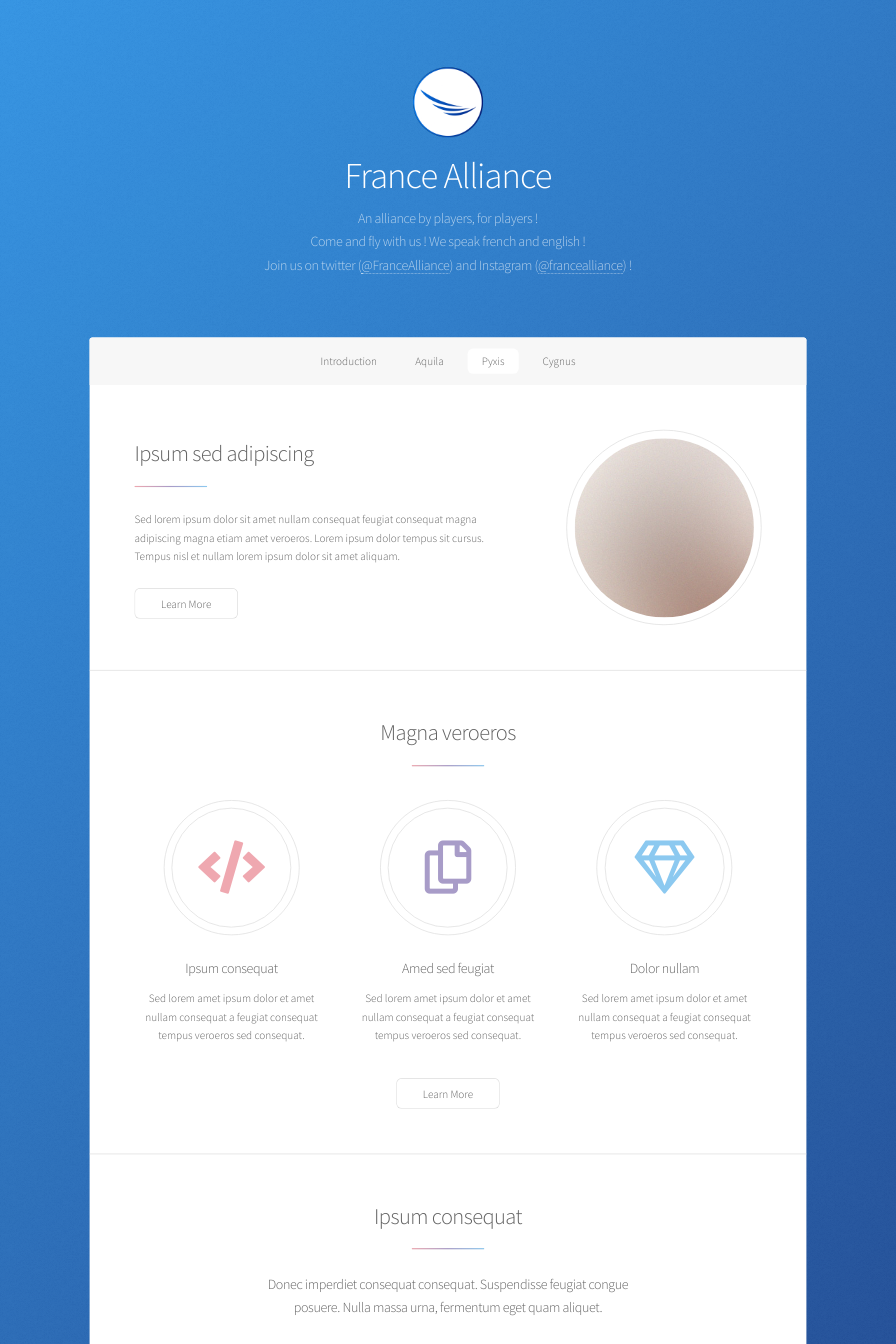
Repository: France-Alliance/France-Alliance.github.io
Page: index.html
These files come from the project's save history. The page is drawn as it stood at one moment and after the next save; the edit follows.
The browser window is 1280 px wide. The pictures show the part of the page from y = 0 to 1920 px (the page is 3326 px tall before and 3359 px after), at 70% of full size.

Above is the page before, as saved 2021-04-05 23:35:44.

After the next save:
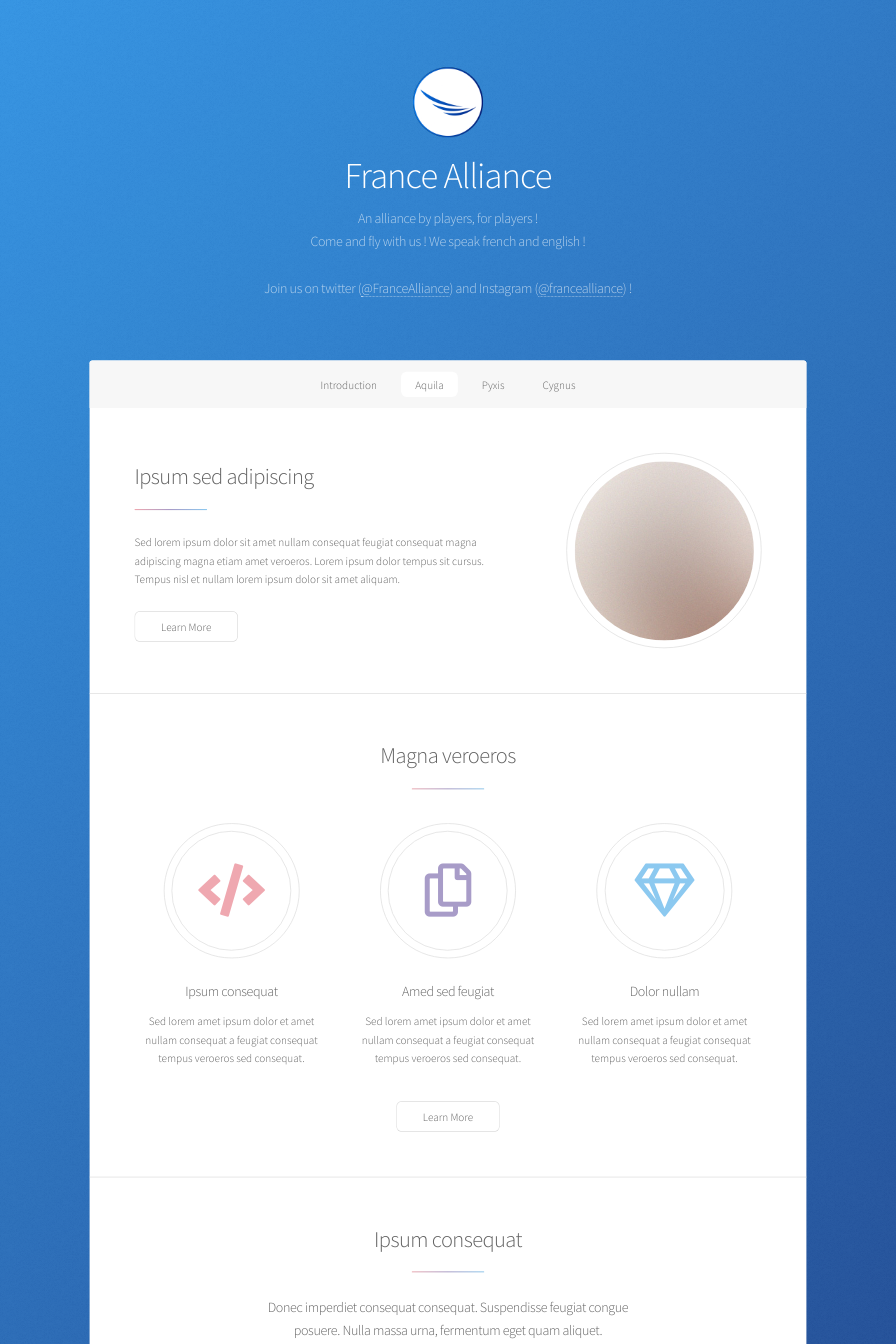
Saved 35 s later.
--- a/index.html
+++ b/index.html
@@ -23,7 +23,7 @@
 						<span class="logo"><img src="images/Fichier 1.png" alt="" /></span>
 						<h1>France Alliance</h1>
 						<p>An alliance by players, for players !<br>
-						Come and fly with us ! We speak french and english !
+						Come and fly with us ! We speak french and english !<br>
 						<br>Join us on twitter (<a href="https://twitter.com/FranceAlliance">@FranceAlliance</a>) and Instagram (<a href="https://www.instagram.com/francealliance/">@francealliance</a>) !</p>
 					</header>
 
